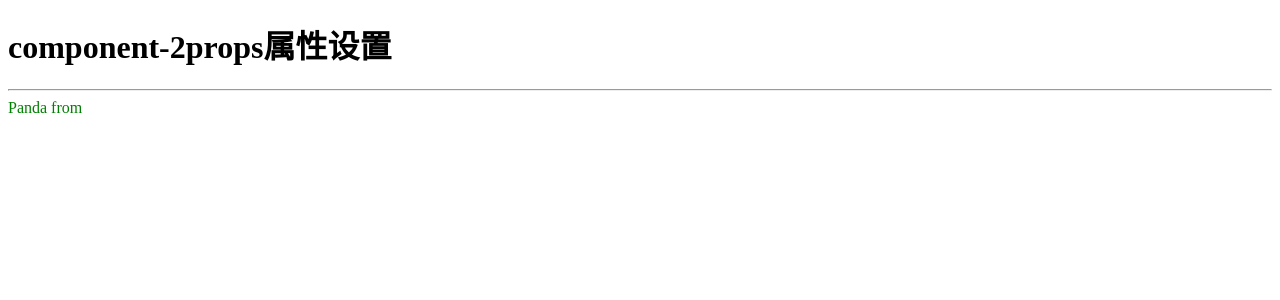
Repository: 13982720426/vue2.0-LearningNotes
Page: example/component-2.html
These files come from the project's save history. The page is drawn as it stood at one moment and after the next save; the edit follows.
The browser window is 1280 px wide. The pictures show the whole page.

Above is the page before, as saved 2021-06-24 21:21:19.

After the next save:
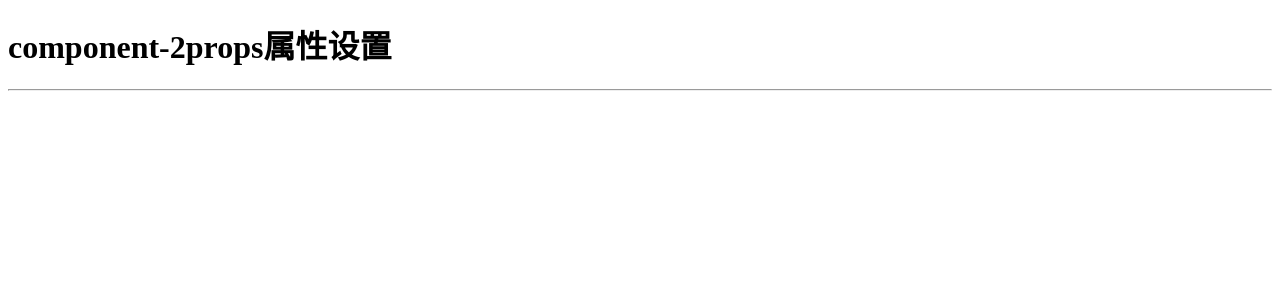
Console error: ReferenceError: here is not defined
Saved 45 s later.
--- a/example/component-2.html
+++ b/example/component-2.html
@@ -20,6 +20,7 @@
         components: {
           panda: {
             template: `<div style='color:green'>Panda from {{here}}</div>`,
+            props: [here],
           },
         },
       });

After the save that followed:
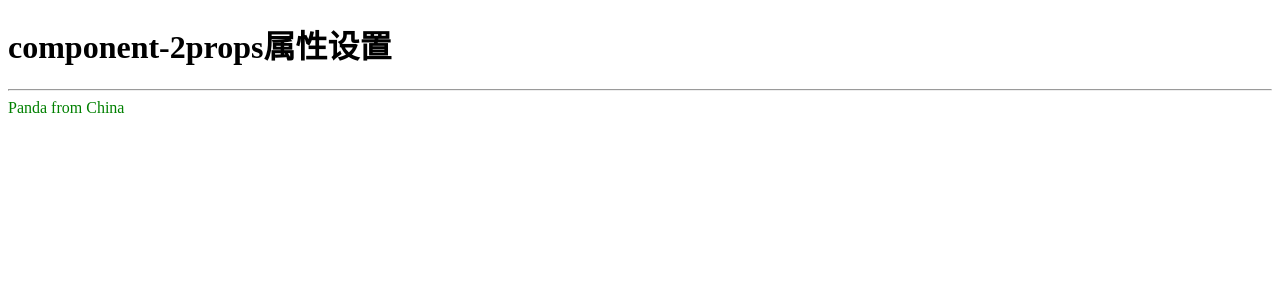
The error is gone.
Saved 9 s later.
--- a/example/component-2.html
+++ b/example/component-2.html
@@ -20,7 +20,7 @@
         components: {
           panda: {
             template: `<div style='color:green'>Panda from {{here}}</div>`,
-            props: [here],
+            props: ['here'],
           },
         },
       });
